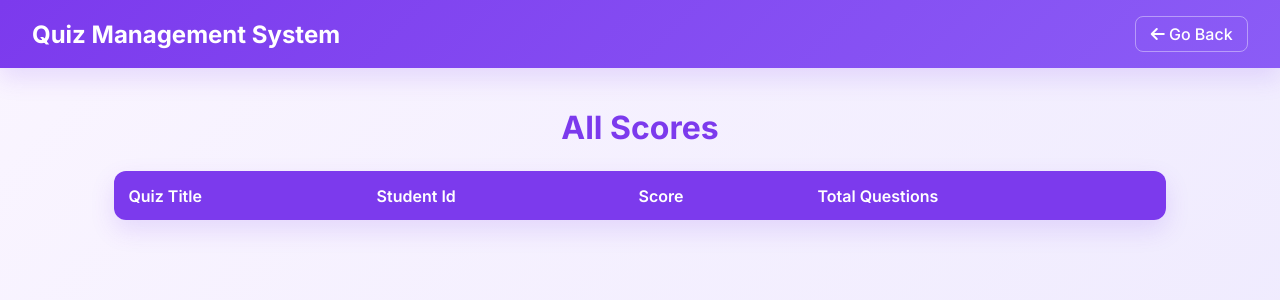
Repository: vrunda-16/Web_Based_Quiz_App
Page: http://localhost/QMS_UI/viewScoreAdmin.jsp
An editor plug-in stored every save of this project. The page is shown before and after the next save, followed by the edit.
The browser window is 1280 px wide. The pictures show the whole page.
The page is served by Tomcat 10. Queries for data that is not in the repository find no rows.

Above is the page before, as saved 2026-01-01 18:06:13.

After the next save:
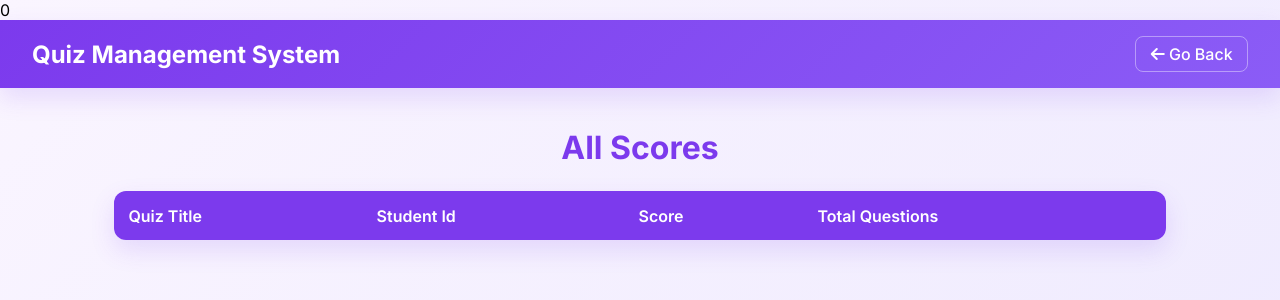
Saved 111 s later.
--- a/QMS(UI Final)/QMS_UI/src/main/webapp/viewScoreAdmin.jsp
+++ b/QMS(UI Final)/QMS_UI/src/main/webapp/viewScoreAdmin.jsp
@@ -161,6 +161,7 @@ tbody tr:hover {
 <jsp:useBean id="view" class="com.internship.quiz.beans.ShowScoreStudentBean"/>
 ${view.displayScoreToAdmin()}
 
+${view.arr.size()}
 
 <div class="header">
     <div class="header-title">Quiz Management System</div>
